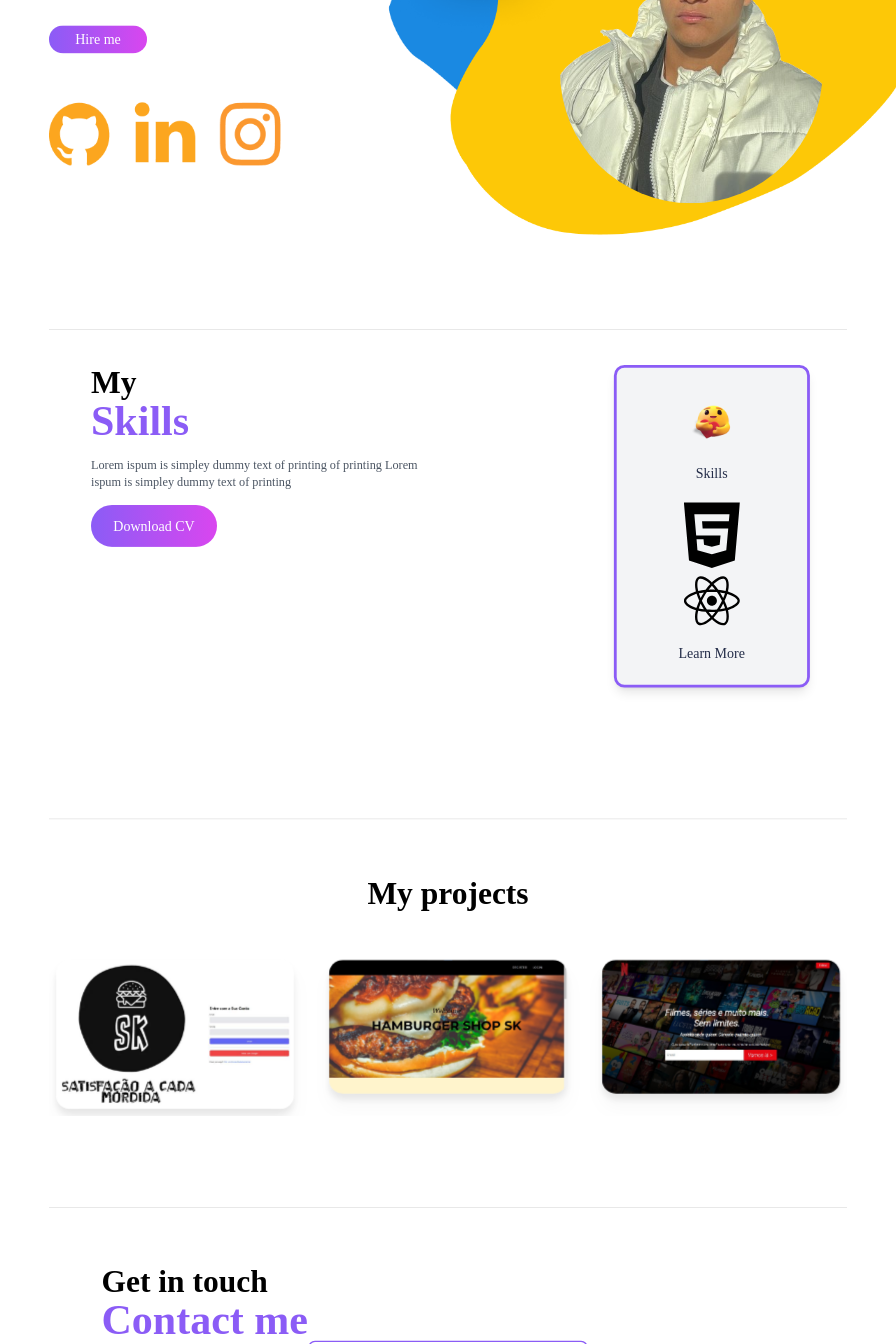
Repository: KennedyWanderson/portfolio
Page: /
The author's editor kept a copy of each file at every save. The page is drawn from the files as they stood at one save, then again after a run of saves.
The browser window is 1280 px wide. The pictures show the part of the page from y = 365 to 2285 px (the page is 3240 px tall), at 70% of full size.
Some web fonts or font styles are not loaded; a fallback is used. The project was rebuilt for these pictures with package versions that can differ from the ones it lists, and the page was loaded fresh each time. Imported but missing from the stored project, and not drawn on this page: src/Components/Services/Kennedy_CV.pdf.

Above is the page before, as saved 2024-01-26 12:27:09.

### public/index.html
<!DOCTYPE html>
<html lang="en">
  <head>
    <meta charset="utf-8" />
    <link rel="icon" href="%PUBLIC_URL%/favicon.ico" />
    <meta name="viewport" content="width=device-width, initial-scale=1" />
    <meta name="theme-color" content="#000000" />
    <meta
      name="description"
      content="Web site created using create-react-app"
    />

    <style>
      @font-face{
        font-family: Gumela;
        src: url('../src/fonts/*');
      }

      *{
        font-family: 'Gumela';
        font-weight: normal;
        font-size: 20px;
      }
      body{
        margin: 0;
      }
    </style>
    <link rel="apple-touch-icon" href="%PUBLIC_URL%/logo192.png" />
    <!--
      manifest.json provides metadata used when your web app is installed on a
      user's mobile device or desktop. See https://developers.google.com/web/fundamentals/web-app-manifest/
    -->
    <link rel="manifest" href="%PUBLIC_URL%/manifest.json" />
    <!--
      Notice the use of %PUBLIC_URL% in the tags above.
      It will be replaced with the URL of the `public` folder during the build.
      Only files inside the `public` folder can be referenced from the HTML.

      Unlike "/favicon.ico" or "favicon.ico", "%PUBLIC_URL%/favicon.ico" will
      work correctly both with client-side routing and a non-root public URL.
      Learn how to configure a non-root public URL by running `npm run build`.
    -->
    <title>React App</title>
  </head>
  <body>
    <noscript>You need to enable JavaScript to run this app.</noscript>
    <div id="root"></div>
    <!--
      This HTML file is a template.
      If you open it directly in the browser, you will see an empty page.

      You can add webfonts, meta tags, or analytics to this file.
      The build step will place the bundled scripts into the <body> tag.

      To begin the development, run `npm start` or `yarn start`.
      To create a production bundle, use `npm run build` or `yarn build`.
    -->
  </body>
</html>

### src/index.js
import React from 'react';
import ReactDOM from 'react-dom/client';
import './index.css';
import App from './App';
import reportWebVitals from './reportWebVitals';
import { ThemeProvider } from './Context';

const root = ReactDOM.createRoot(document.getElementById('root'));
root.render(
  <ThemeProvider>
    <App />
  </ThemeProvider>

);

// If you want to start measuring performance in your app, pass a function
// to log results (for example: reportWebVitals(console.log))
// or send to an analytics endpoint. Learn more: https://bit.ly/CRA-vitals
reportWebVitals();

### src/index.css
@import 'tailwindcss/base';
@import 'tailwindcss/components';
@import 'tailwindcss/utilities';

:root
{
  --yellow: #F5C32C;
    --orange : #FCA61F;
    --black : #242D49;
    --gray : #788097;
    --blueCard : #DDF8FE;
    --purple: rgb(238 210 255);
    --boxShadow : 0px 19px 60px rgb(0 0 0 / 8%);
    --orangeCard: rgba(252, 166, 31, 0.45);
    --smboxShadow: -79px 51px 60px rgba(0, 0, 0, 0.08);
}

.App{
    overflow: hidden;
    color: var(--black);
}

### src/App.js
import './App.css';
import './index.css'
import Navbar from './Components/Navbar/Navbar';
import About from './Components/About/About';
import Services from './Components/Services/Services';
import Portfolio from './Components/Portfolio/Portfolio';
import Contact from './Components/Contact/Contact';
import Footer from './Components/Footer/Footer';
import { useContext } from 'react';
import { themeContext } from './Context';
import { Divider } from '@mui/material';

function App() {
  const theme = useContext(themeContext)
  const darkMode = theme.state.darkMode;

  return (
    <>
    <div className="App"
    style={{
      background: darkMode? 'black': '',
      color: darkMode? 'white': ''
    }}>

      <Navbar />
      <About />
      <Divider />
      <Services />
      <Divider />
      <Portfolio />
      <Divider />
      <Contact />
    </div>
    <div style={{
      background: darkMode? 'black': '',
      color: darkMode? 'white': ''
    }}>

      <Footer />
    </div>

    </>
  );
}

export default App;

### src/Context.js
import { createContext, useReducer } from "react";

export const themeContext = createContext();

const initialState = {darkMode: false};

const themeReducer = (state, action) => {

    switch(action.type){
        case 'toggle':
            return{darkMode : !state.darkMode};

        default:
            return state;
    }
}
    export const ThemeProvider = (props) => {
        const [state, dispatch] = useReducer(themeReducer, initialState);
        return (
            <themeContext.Provider value={{state, dispatch}}>
                {props.children}
            </themeContext.Provider>
        );
};

### src/App.css
@import 'tailwindcss/base';
@import 'tailwindcss/components';
@import 'tailwindcss/utilities';

:root
{
  --yellow: #F5C32C;
    --orange : #FCA61F;
    --black : #242D49;
    --gray : #788097;
    --blueCard : #DDF8FE;
    --purple: rgb(238 210 255);
    --boxShadow : 0px 19px 60px rgb(0 0 0 / 8%);
    --orangeCard: rgba(252, 166, 31, 0.45);
    --smboxShadow: -79px 51px 60px rgba(0, 0, 0, 0.08);
}

.App{
    padding: 0.5rem 3.5rem;
    overflow: hidden;
    color: var(--black);
}

.button{
  border-radius: 34px;
  border: none;
  color: white;
  font-size: 16px;
  padding: 10px;
}

@media screen and (max-width: 480px) {
    .App{
      padding: 0.5rem 1rem;
    }
}

### src/Components/Navbar/Navbar.jsx
import React from "react";
import Toggle from "../Toggle/Toggle";
import { Link } from 'react-scroll';

const Navbar = () => {
    return (
        <div className="lg:h-[10vh] flex flex-col lg:flex-row justify-between">
            <div className="flex-1 flex items-center gap-8">
                <div className="text-2xl font-bold">Kennedy</div>
                <Toggle />
            </div>
            <div className="lg:flex hidden flex-1 items-center justify-center font-normal">
                <div className="flex-grow-10">
                    <ul className="lg:flex hidden gap-8 mr-32 hover:cursor-grab">
                        <Link spy={true} to='Navbar' smooth={true}>
                            <li className="hover:text-orange-500">Home</li>
                        </Link>
                        <Link spy={true} to='About' smooth={true}>
                            <li className="hover:text-orange-500">About</li>
                        </Link>
                        <Link spy={true} to='Projects' smooth={true}>
                            <li className="hover:text-orange-500">Projects</li>
                        </Link>
                    </ul>
                </div>
                <button className=" rounded-3xl border-none text-white text-base pt-3 p-3 pr-6 pl-6 bg-gradient-to-r from-violet-500 to-fuchsia-500
                hover:cursor-grab bg-white hover:text-orange-500
                ">Contact</button>
            </div>
        </div>
    );
}

export default Navbar;

### src/Components/About/About.jsx
import React, { useContext } from "react";
import Github from '../../img/github.png'
import Instagram from '../../img/instagram.png'
import Linkedin from '../../img/linkedin.png'
import Profile from '../../img/eu.png'
import './About.css'
import Vector1 from '../../img/Vector1.png'
import Vector2 from '../../img/Vector2.png'
import { themeContext } from "../../Context";
import {motion} from 'framer-motion'
import glassesemoji from '../../img/glassesimoji.png'


const About = () => {

    const transition = {duration: 2, type: 'spring'}

    const theme = useContext(themeContext);
    const darkMode = theme.state.darkMode;

    return (
        <div className="lg:flex lg:flex-row flex-col h-[77vh] my-20 about">
            <div className="flex flex-col relative flex-1 gap-8">
                <div className="flex flex-col ">
                    <span style={{color: darkMode? 'white': ''}} className="text-black font-bold text-5xl">Hi! I am</span>
                    <span className="text-violet-500 font-bold text-5xl">Kennedy Wanderson</span>
                    <span>Frontend Developer with high level of experience
                        in web development, producting the Quality work                   </span>
                </div>
                <button className="rounded-3xl	border-none	text-white text-base pt-3 p-3 pr-6 pl-6 bg-gradient-to-r from-violet-500 to-fuchsia-500
                hover:cursor-grab bg-white hover:text-orange-500 w-28 h-8 flex justify-center items-center">Hire me</button>
                <div className="mt-6 flex gap-7 hover:cursor-grab left">
                    <a href="https://github.com/KennedyWanderson">
                        <img src={Github} alt="" />
                    </a>
                    <a href="https://www.linkedin.com/in/kennedy-wanderson/">
                        <img src={Linkedin} alt="" />
                    </a>
                    <a href="https://www.instagram.com/_dev.kennedy/">
                        <img src={Instagram} alt="" />
                    </a>
                </div>
            </div>
            <div className="i-right">
                <img src={Vector1} alt="" />
                <img src={Vector2} alt="" />
                <img className="rounded-full" src={Profile} alt="" />
                <motion.img
                initial={{left: '-46%'}}
                whileInView={{left: '-14%'}}
                transition={transition}
                src={glassesemoji} alt="" />
            </div>
        </div>
    )
}

export default About;

### src/Components/Services/Services.jsx
import React, { useContext } from "react";
import HeartEmoji from '../../img/heartemoji.png'
import Card from "../Card/Card";
import Resume from './Kennedy_CV.pdf'
import './Services.css'
import { themeContext } from "../../Context";
import { motion } from 'framer-motion'
import ReactIimg from '../../img/react.svg'
import HtmlImg from '../../img/html5.svg'
import CssImg from '../../img/css3-alt.svg'
import JavaImg from '../../img/js.svg'

const Services = () => {

    const theme = useContext(themeContext);
    const darkMode = theme.state.darkMode;

    return (

        <div className="pt-0 pb-12 pr-3 pl-12 flex h-[90vh] mt-10 services" id="About">
            <div className="flex flex-col relative">
                <span style={{ color: darkMode ? 'white' : '' }} className="text-black text-4xl font-bold">My </span>
                <span className="text-violet-500 font-bold text-5xl">Skills</span>
                <spane style={{ color: darkMode ? 'white' : '' }} className="text-gray-600 text-sm mt-4">Lorem ispum is simpley dummy text of printing of printing Lorem

                    <br />
                    ispum is simpley dummy text of printing
                </spane>
                <a href={Resume} download>
                    <button className="rounded-3xl	border-none	text-white text-base pt-3 p-3 pr-6 pl-6 bg-gradient-to-r from-violet-500 to-fuchsia-500
                    hover:cursor-grab bg-white hover:text-orange-500 w-36 mt-4">Download CV</button>
                </a>
            </div>
            <div className="relative sm:flex lg:block cards gap-17rem">
                <div className="flex left-56 absolute sm:static lg:absolute">
                    <Card
                        emoji={HeartEmoji}
                        heading={'Skills'}
                        detail={[HtmlImg, ReactIimg]}
                    />
                </div>
                <motion.div
                    initial={{ rotate: 45 }}
                    whileInView={{ rotate: 0 }}
                    viewport={{ margin: '-40px' }}
                    transition={{ duration: 3.5, type: 'spriing' }}
                >
                    <div>
                        <img src={[ReactIimg, ReactIimg]} alt="" />
                    </div>
                    <div>

                    </div>
                    <div>

                    </div>
                    <div>

                    </div>

                </motion.div>
            </div>
        </div>
    )
}

export default Services;

### src/Components/Portfolio/Portfolio.jsx
import React, { useContext } from "react";
import {Swiper, SwiperSlide} from 'swiper/react'
import 'swiper/css'
import Admin from '../../img/admin.jpeg'
import Movie from '../../img/movie.jpeg'
import Netflix from '../../img/netflix.jpeg'
import { themeContext } from "../../Context";
import Burguer from '../../img/burguer.jpeg'

const Portfolio = () => {
    const theme = useContext(themeContext);
    const darkMode = theme.state.darkMode;

    return(
        <div className="flex flex-col items-center justify-center h-[70vh] mb-10" id="Projects">
            <span style={{color: darkMode? 'white': ''}} className="text-black font-bold text-4xl">My projects</span>


            <Swiper spaceBetween={30}
            slidesPerView={3}
            grabCursor={true}
            className="overflow-visible w-full mt-12">
                <SwiperSlide className="w-80 p-2">
                    <img className="w-72 drop-shadow-xl rounded-2xl"  src={Admin} alt="" />
                </SwiperSlide>
                <SwiperSlide className="w-80 p-2">
                    <img className="w-72 drop-shadow-xl rounded-2xl" src={Burguer} alt="" />
                </SwiperSlide>
                <SwiperSlide className="w-80 p-2">
                    <img className="w-72 drop-shadow-xl rounded-2xl"  src={Netflix} alt="" />
                </SwiperSlide>
                <SwiperSlide className="w-80 p-2">
                    <img className="w-72 drop-shadow-xl rounded-2xl" src={Movie} alt="" />
                </SwiperSlide>
            </Swiper>
        </div>
    )
}

export default Portfolio;

### src/Components/Contact/Contact.jsx
import React, { useContext, useState } from "react";
import { useRef } from 'react';
import emailjs from '@emailjs/browser';
import { themeContext } from "../../Context";

const Contact = () => {

    const theme = useContext(themeContext);
    const darkMode = theme.state.darkMode;

  const form = useRef();

  const [done, setDone] = useState(false)

  const sendEmail = (e) => {
    e.preventDefault();

    emailjs.sendForm('service_nloztkk', 'template_w0nf8e5', form.current, 'l4pVECB3jFJ-edbZo')
      .then((result) => {
          console.log(result.text);
          setDone(true)
      }, (error) => {
          console.log(error.text);
      });
  };

    return(
        <div className="lg:flex flex-col m-3 pt-0 pr-12 pb-0 pl-12 mt-16 flex h-[80vh]">
            <div>
                <div className="flex flex-col">
                    <span style={{color: darkMode? 'white': ''}} className="text-black font-bold text-4xl">Get in touch</span>
                    <span className="text-violet-500 font-bold text-5xl">Contact me</span>
                </div>
            </div>

            <div className="flex justify-center relative flex-1">
                <form ref={form} onSubmit={sendEmail} className="flex flex-col gap-8 items-center" action="">
                    <input type="text" name="user_name" className=" w-80 h-8 p-2 outline-none border-2 border-violet-500 rounded-lg text-base" placeholder="Name" />
                    <input type="email" name="user_email" className="w-80 h-8 p-2 outline-none border-2 border-violet-500 rounded-lg text-base" placeholder="Email" />
                    <textarea  name="message" className="h-16 w-80 p-2 outline-none border-2 border-violet-500 rounded-lg text-base" placeholder="Message" />
                    <input type="submit" value="Send" className="rounded-3xl border-none text-white text-base pt-3 p-3 pr-6 pl-6 bg-gradient-to-r from-violet-500 to-fuchsia-500
                    hover:cursor-grab bg-white hover:text-orange-500 w-32 mt-4" />
                    <span className="text-center text-green-500 font-bold text-xl">{done && "Thanks for contacting me!"}</span>
                </form>
            </div>
        </div>
    )
}

export default Contact;

### src/Components/Footer/Footer.jsx
import React from "react";
import Wave from '../../img/wave.png'
import Insta from '@iconscout/react-unicons/icons/uil-instagram'
import Git from '@iconscout/react-unicons/icons/uil-github'
import Linkedin from '@iconscout/react-unicons/icons/uil-linkedin'

const Footer = () => {
    return(
        <div className=" flex items-center mt-[-0.5rem] mb-[-3.5rem] relative">
            <img src={Wave} alt="" style={{width: '100%'}}/>
            <div className="sm:scale-50 flex flex-col items-center justify-center absolute w-full mt-16 gap-16 text-white">
                <span>devprogrammer.wiz@gmail.com</span>
                <div className="flex gap-8">
                    <Insta color='white' size='3rem' />
                    <Git color='white' size='3rem' />
                    <Linkedin color='white' size='3rem' />
                </div>
            </div>
        </div>
    )
}

export default Footer;

### src/Components/Toggle/Toggle.jsx
import React, { useContext } from "react";
import Sun from '@iconscout/react-unicons/icons/uil-sun'
import Moon from '@iconscout/react-unicons/icons/uil-moon'
import { themeContext } from "../../Context";

const Toggle = () => {

    const theme = useContext(themeContext);
    const darkMode = theme.state.darkMode;
    const handleClick = () => {
        theme.dispatch({type: 'toggle'})
    }

    return (
        <div onClick={handleClick} className="flex items-center justify-between rounded-full m-1 border-2 border-violet-500 relative cursor-grab
        w-14 h-7 text-violet-500">
                <Moon />
                <Sun />
            <div className="rounded-full p-[6.5px] absolute bg-violet-500 border-4 border-violet-500"
                style = {darkMode? {left: '2px'} : {right : '2px'}}>
            </div>
        </div>
    )
}

export default Toggle;

### src/Components/About/About.css
.i-right{
    flex: 1;
    position: relative;
}

.i-right>*{
    position: absolute;
    z-index: 1;
}

.i-right>:nth-child(1){
    transform: scale(1.2);
    left: -5%;
    top: -9%;
}
    .i-right>:nth-child(2){
        top: -4.6%;
        transform: scale(1.2);
        left: 3rem;
    }
    .i-right>:nth-child(3){
    transform: scale(1.0);
    left: 28%;
}

@media screen and (max-width: 480px){
    .about {
    flex-direction: column;
    gap: 8rem;
    height: 50rem;
  }

  .left{

    margin-bottom: 50px;
    gap: 4rem;
  }

  .i-right>:nth-child(1){
    transform: scale(0.8);
    left: 0%;
    top: 0%;
}
    .i-right>:nth-child(2){
        transform: scale(0.8);
        left: 0rem;
    }
    .i-right>:nth-child(3){
    transform: scale(0.6);
    left: 0%;

}
.i-right>:nth-child(4){
    transform: scale(0.5);
}
}

### src/Components/Card/Card.jsx
import React from "react";
import '../../App.css'

const Card = ({ emoji, heading, detail }) => {
    return (
        <div className="card w-56 absolute flex flex-col gap-4 items-center text-center bg-gray-100
        rounded-xl border-4 border-violet-500 shadow-lg pt-0 pr-7 pb-6 pl-7">
            <img className="scale-50 mb-[-2rem]" src={emoji} alt="" />
            <span>{heading}</span>
            <div className="images-container">
                {detail.map((img, index) => (
                    <img key={index} className="flex text-gray-500 text-base w-16" src={img} alt={`Image ${index + 1}`} />
                ))}
            </div>
            <button>Learn More</button>
        </div>
    )
}

export default Card;

### src/Components/Services/Services.css
@media screen and (max-width: 480px) {
    .services {
      margin-top: 0;
      flex-direction: column;
      gap: 5rem;
      height: 66rem;
      padding: 0;
    }

    .cards {
      display: flex;
      flex-direction: column;
      gap: 17rem;
    }
    .cards > * {
      position: static;
    }
  }

Loaded but not shown: src/reportWebVitals.js (common file); tailwind.config.js (common file)

After the next 2 saves:
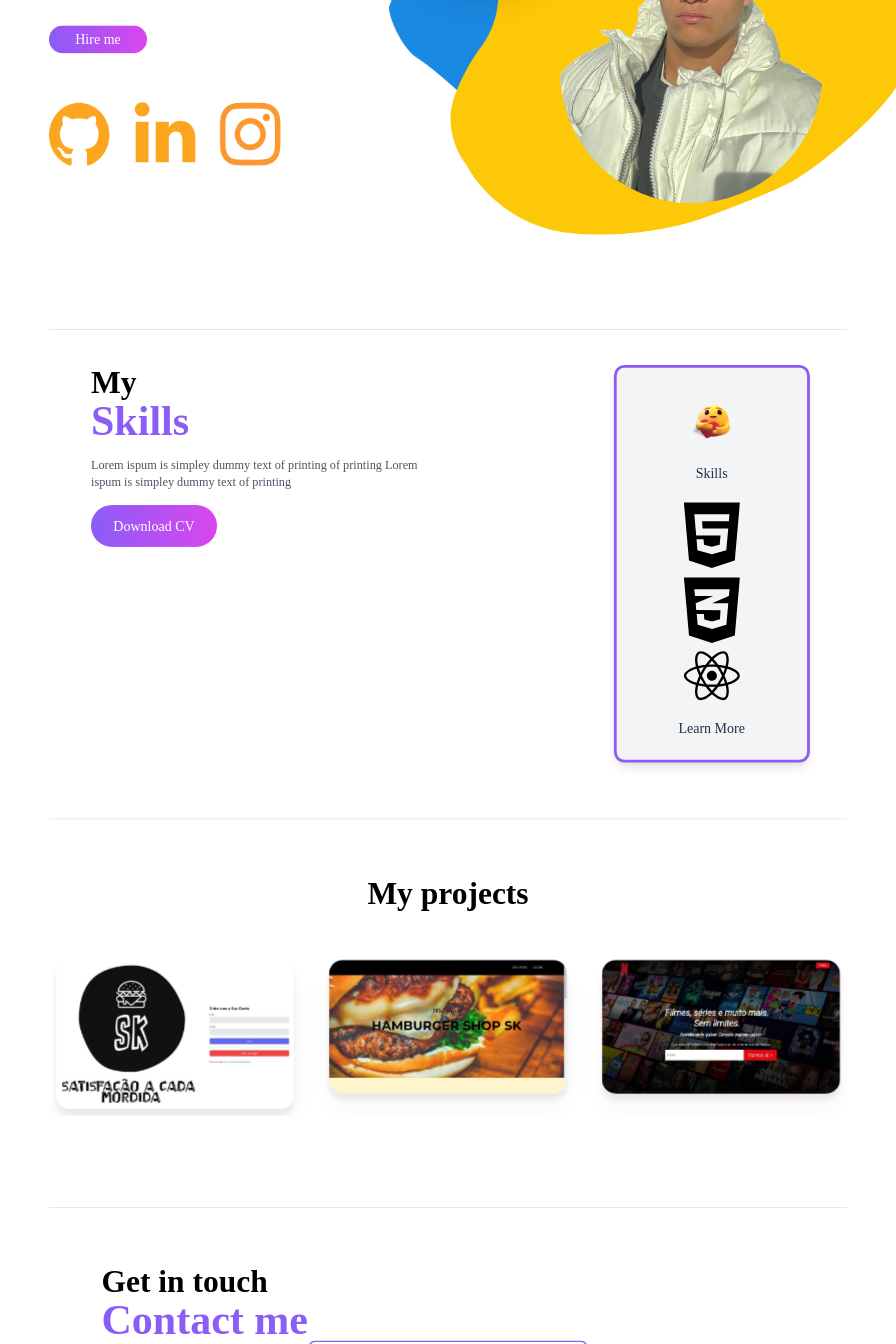
The 2 saves are shown as one change because 1 did not build or start.
The last was saved 45 s later.
--- a/src/Components/Services/Services.jsx
+++ b/src/Components/Services/Services.jsx
@@ -36,7 +36,7 @@ const Services = () => {
                     <Card
                         emoji={HeartEmoji}
                         heading={'Skills'}
-                        detail={[HtmlImg, ReactIimg]}
+                        detail={[HtmlImg, CssImg, ReactIimg]}
                     />
                 </div>
                 <motion.div
